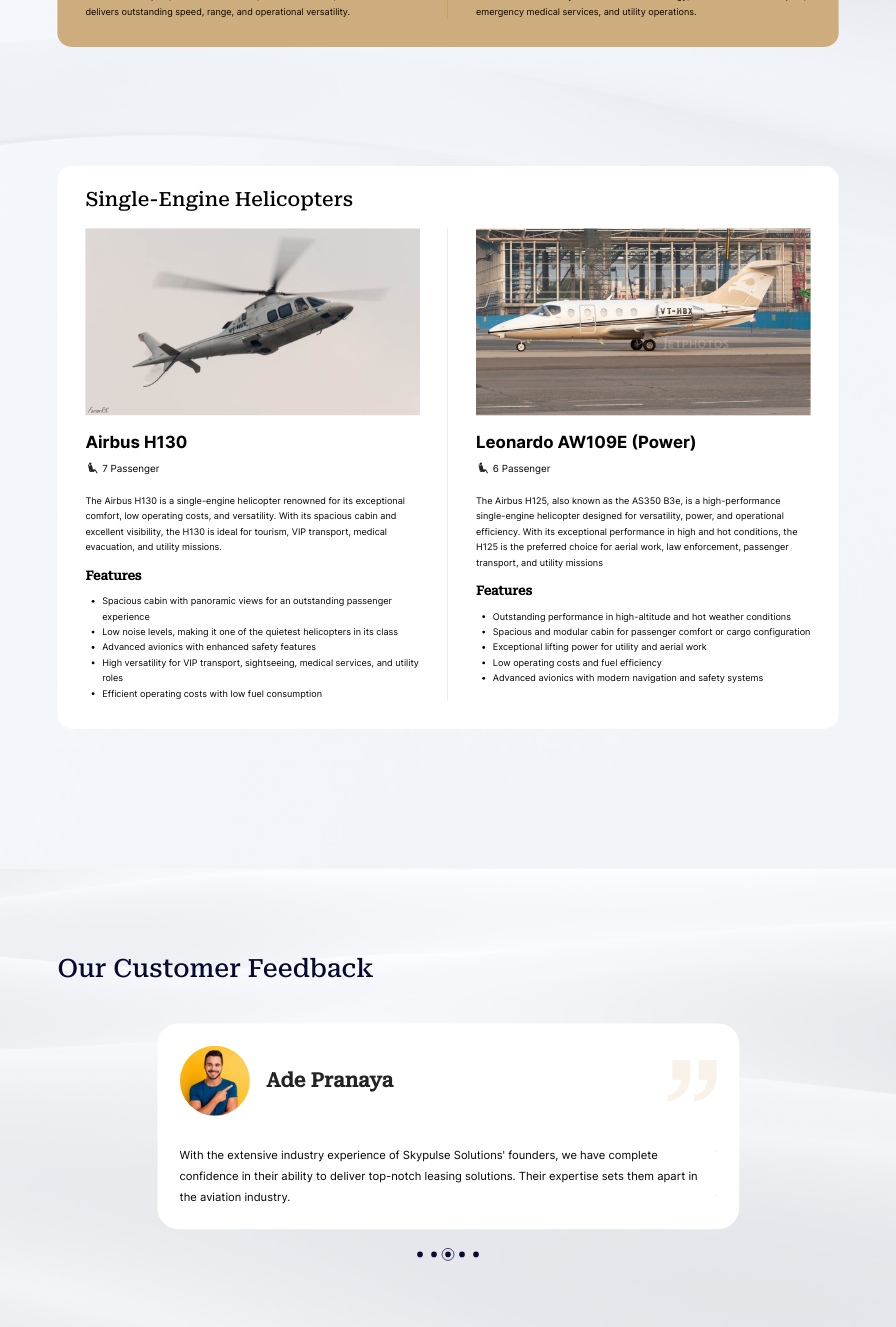
Repository: mangalravi/SkyPulse
Page: index.html
The author's editor kept a copy of each file at every save. The page is drawn from the files as they stood at one save, then again after a run of saves.
The browser window is 1280 px wide. The pictures show the part of the page from y = 3980 to 5900 px (the page is 5876 px tall before and 5900 px after), at 70% of full size.

Above is the page before, as saved 2024-12-30 13:28:42.

After the next 2 saves:
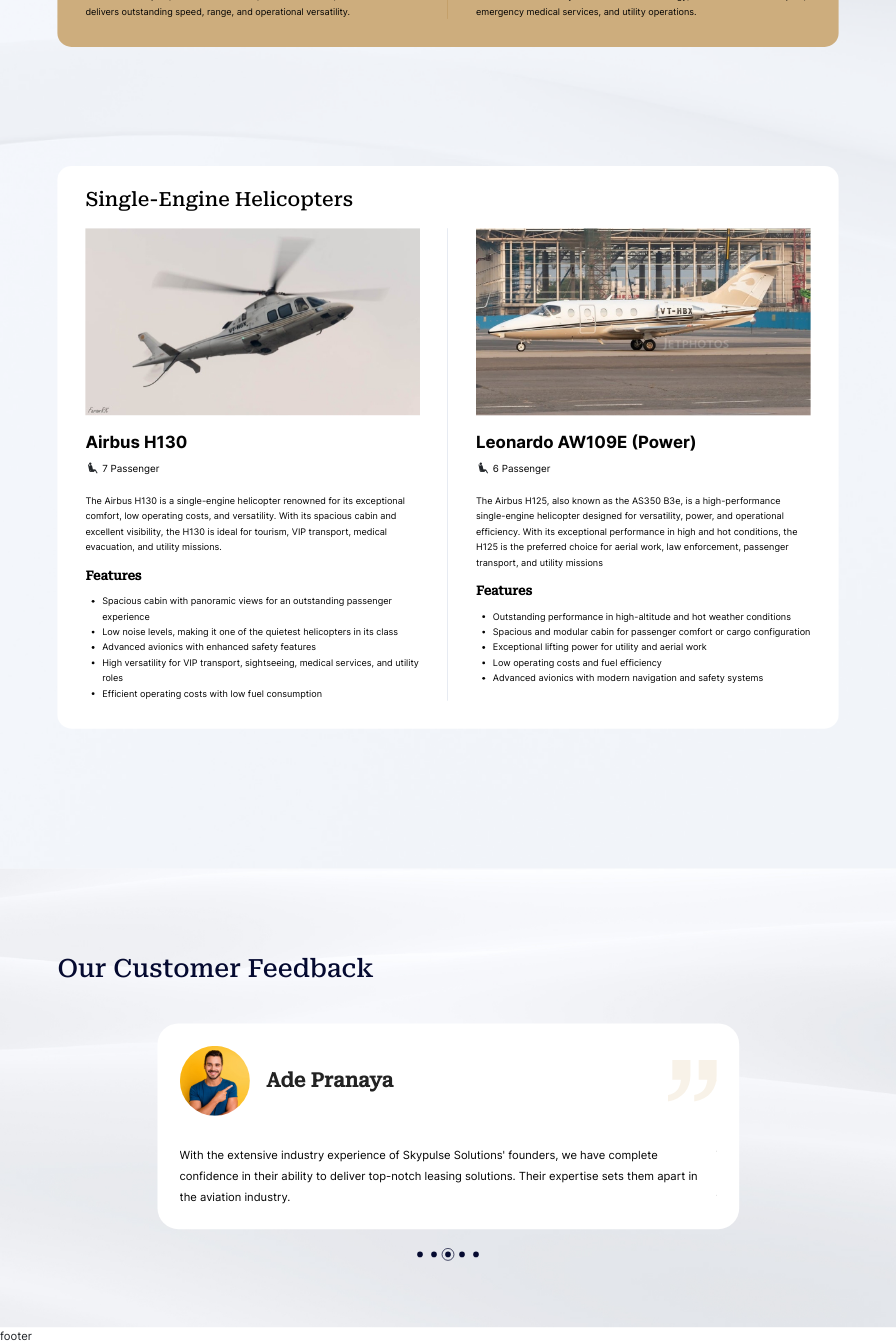
The 2 saves are shown as one change because they came seconds apart.
The last was saved 18 s later.
--- a/index.html
+++ b/index.html
@@ -332,6 +332,7 @@
               </div>
             </div>
           </section>
+          footer
     <script src="content/js/jquery.min.js"></script>
   <script src="content/bootstrap/js/bootstrap.bundle.min.js"></script>
     <script src="content/lib/slick/js/slick.min.js"></script>
